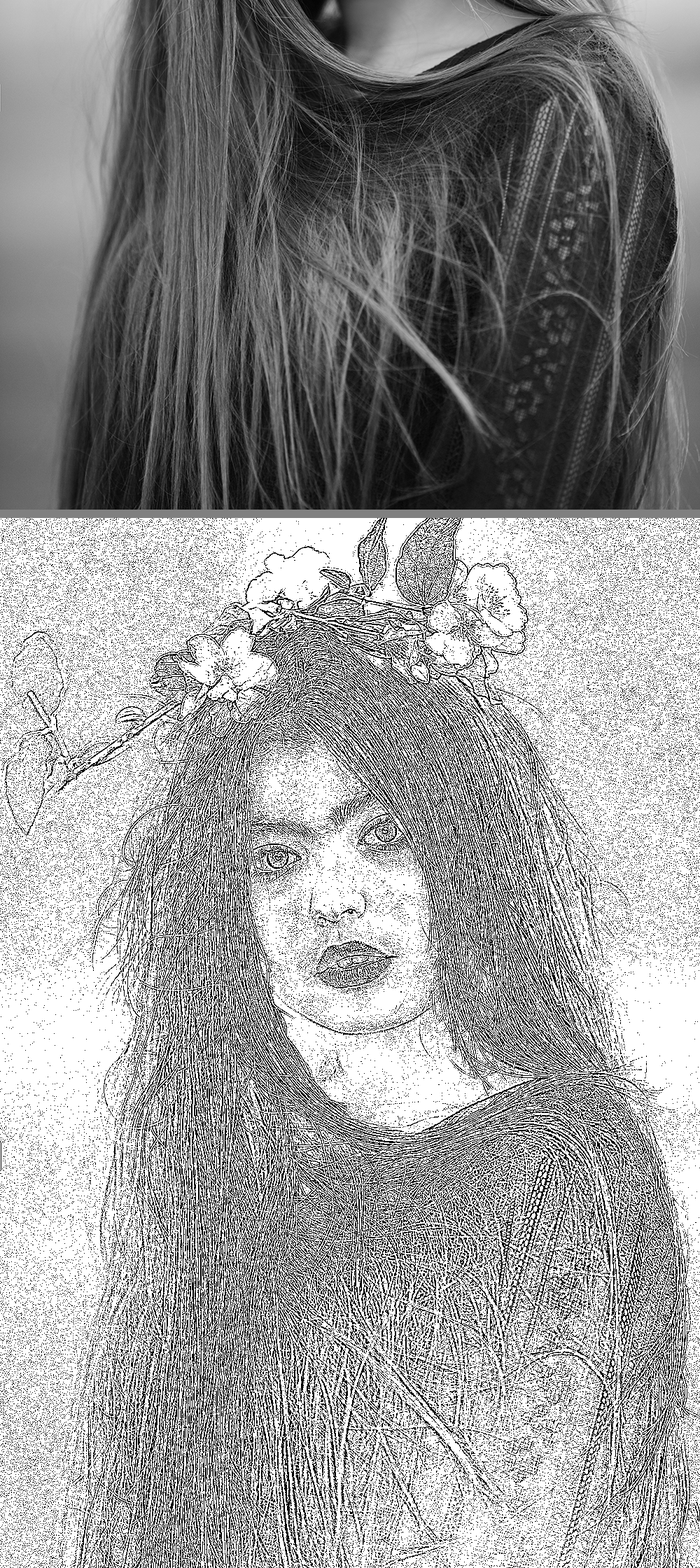
Repository: dongquan1504/ThiGiacMayTinh
Script's output: python threshold.py
An editor plug-in stored every save of this project. The script's output is shown before and after the next save, followed by the edit.
The pictures show rows 772 to 3012 of an output 3012 px tall, at 70% of full size.
Each picture stacks the figures in order, with grey between them; figures that are only written to a file come last. Random numbers start from a fixed seed. It also reads images.jpg.

Above is the script's output before, as saved 2023-12-28 17:14:59.

### threshold.py
import cv2

# Đường dẫn đến ảnh cần xử lý
image_path = "images.jpg"

# Đọc ảnh từ đường dẫn và chuyển đổi sang ảnh thang độ xám
img = cv2.imread(image_path, cv2.IMREAD_GRAYSCALE)

# Áp dụng ngưỡng đa cấp (Adaptive Thresholding)
adaptive_threshold = cv2.adaptiveThreshold(img, 255, cv2.ADAPTIVE_THRESH_MEAN_C, cv2.THRESH_BINARY, 3, 2)
#255 là giá trị pixel tối đa đầu ra
# cv2.ADAPTIVE_THRESH_MEAN_C là phương pháp tính toán ngưỡng
# cv2.THRESH_BINARY là kiểu ngưỡng
# 11 là kích thước của cửa sổ (là kích thước của khu vực lân cận được sử dụng để tính toán ngưỡng)
# 2 là hằng số trừ đi từ trung bình hoặc trung vị được tính toán.

# Hiển thị ảnh gốc và ảnh đã xử lý
cv2.imshow('Original Image', img)
cv2.imshow('Adaptive Thresholding', adaptive_threshold)
cv2.waitKey(0)
cv2.destroyAllWindows()

After the next save:
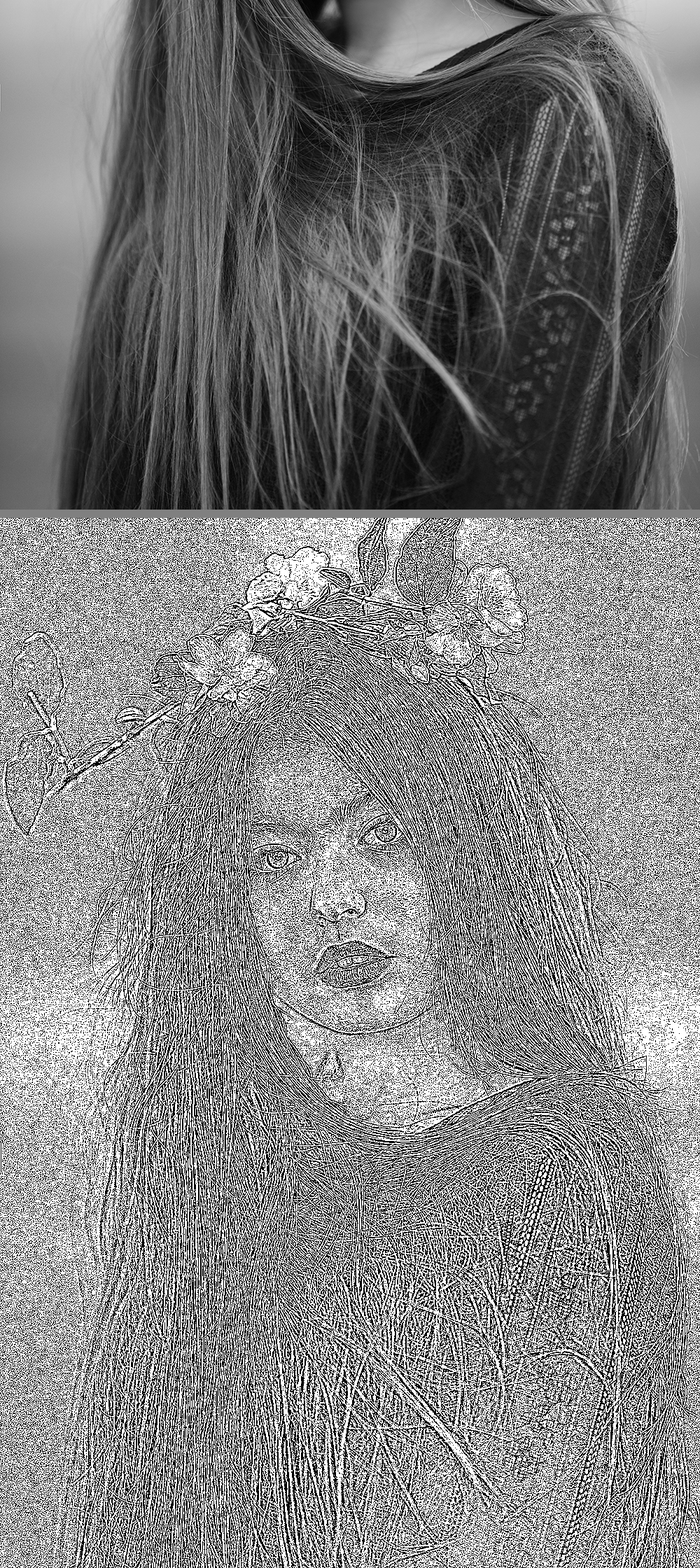
Saved 15 s later.
--- a/threshold.py
+++ b/threshold.py
@@ -7,7 +7,7 @@ image_path = "images.jpg"
 img = cv2.imread(image_path, cv2.IMREAD_GRAYSCALE)
 
 # Áp dụng ngưỡng đa cấp (Adaptive Thresholding)
-adaptive_threshold = cv2.adaptiveThreshold(img, 255, cv2.ADAPTIVE_THRESH_MEAN_C, cv2.THRESH_BINARY, 3, 2)
+adaptive_threshold = cv2.adaptiveThreshold(img, 255, cv2.ADAPTIVE_THRESH_MEAN_C, cv2.THRESH_BINARY, 3, 1)
 #255 là giá trị pixel tối đa đầu ra
 # cv2.ADAPTIVE_THRESH_MEAN_C là phương pháp tính toán ngưỡng
 # cv2.THRESH_BINARY là kiểu ngưỡng
